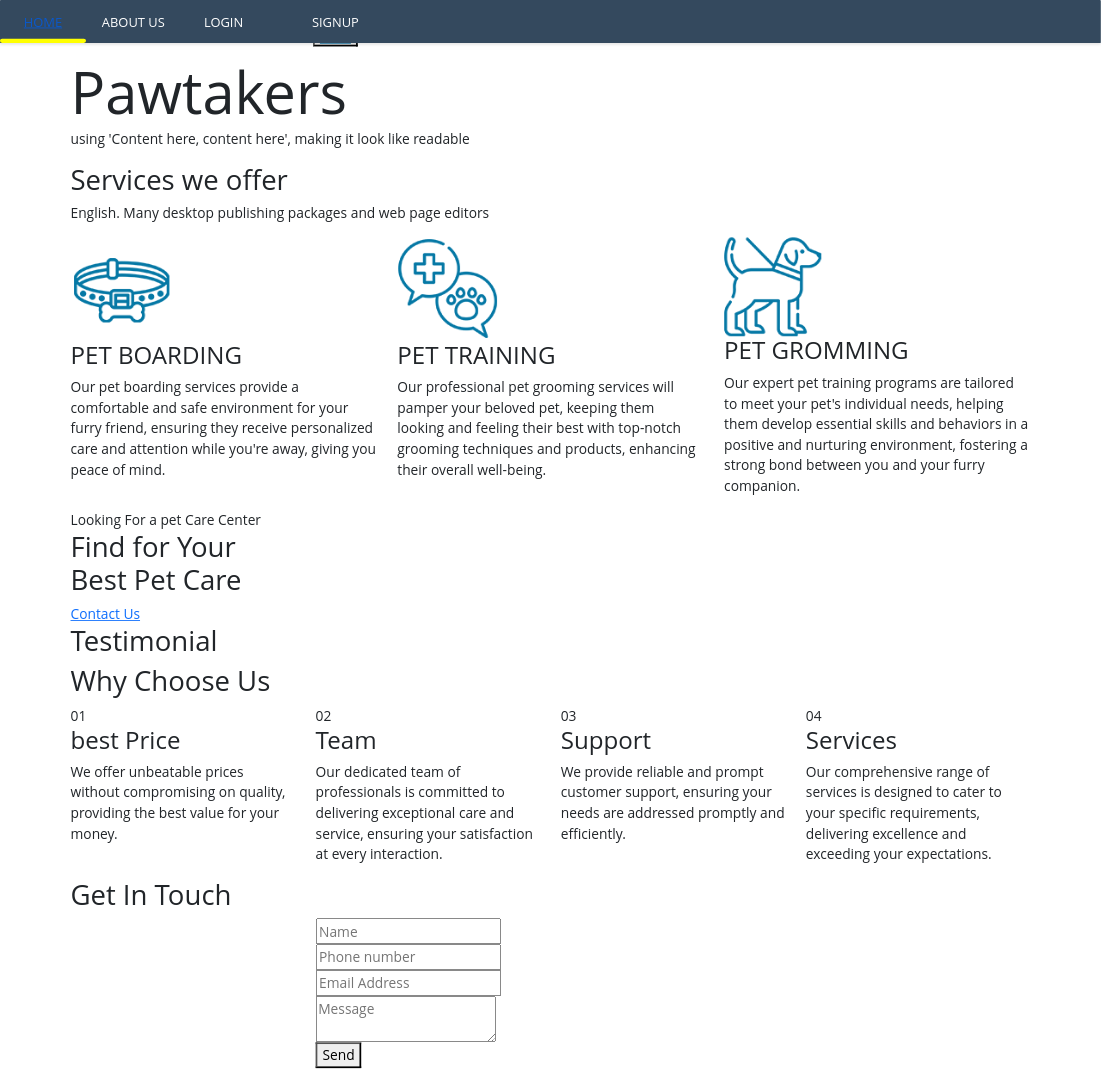
Repository: Chitti-g-k/Paw-Takers
Page: templates/index.html
An editor plug-in stored every save of this project. The page is shown before and after the next save, followed by the edit.
The browser window is 1280 px wide. The pictures show the whole page, at 86% of full size.
The template is drawn by Django 4.2. The application's start-up code is not run. Other server files are loaded and not shown. The template is opened directly, without the code that normally fills it, so the values that code supplies are empty.

Above is the page before, as saved 2023-07-16 13:28:27.

### templates/index.html

<html lang="en">
   <head>
      <!-- basic -->
      <meta charset="utf-8">
      <meta http-equiv="X-UA-Compatible" content="IE=edge">
      <!-- mobile metas -->
      <meta name="viewport" content="width=device-width, initial-scale=1">
      <meta name="viewport" content="initial-scale=1, maximum-scale=1">
      <!-- site metas -->
      <title>FurHerd</title>
      <meta name="keywords" content="">
      <meta name="description" content="">
      <meta name="author" content="">
      <!-- bootstrap css -->
      {%load static%}
      <link rel="stylesheet" href="{% static 'css/bootstrap.min.css' %}">
<!-- style css -->
<link rel="stylesheet" href="{% static 'css/style1.css' %}">
<!-- responsive-->
<link rel="stylesheet" href="{% static 'css/responsive.css' %}">
<!-- awesome fontfamily -->
<link rel="stylesheet" href="https://cdnjs.cloudflare.com/ajax/libs/font-awesome/4.7.0/css/font-awesome.min.css">
<link rel="stylesheet" href="https://cdnjs.cloudflare.com/ajax/libs/font-awesome/4.7.0/css/font-awesome.min.css">
<link href="https://cdn.jsdelivr.net/npm/bootstrap@5.0.2/dist/css/bootstrap.min.css" rel="stylesheet" integrity="sha384-EVSTQN3/azprG1Anm3QDgpJLIm9Nao0Yz1ztcQTwFspd3yD65VohhpuuCOmLASjC" crossorigin="anonymous">
<script src="https://cdn.jsdelivr.net/npm/bootstrap@5.0.2/dist/js/bootstrap.bundle.min.js" integrity="sha384-MrcW6ZMFYlzcLA8Nl+NtUVF0sA7MsXsP1UyJoMp4YLEuNSfAP+JcXn/tWtIaxVXM" crossorigin="anonymous"></script>
<script src="https://cdn.jsdelivr.net/npm/@popperjs/core@2.9.2/dist/umd/popper.min.js" integrity="sha384-IQsoLXl5PILFhosVNubq5LC7Qb9DXgDA9i+tQ8Zj3iwWAwPtgFTxbJ8NT4GN1R8p" crossorigin="anonymous"></script>
<script src="https://cdn.jsdelivr.net/npm/bootstrap@5.0.2/dist/js/bootstrap.min.js" integrity="sha384-cVKIPhGWiC2Al4u+LWgxfKTRIcfu0JTxR+EQDz/bgldoEyl4H0zUF0QKbrJ0EcQF" crossorigin="anonymous"></script>

      <!--[if lt IE 9]>
      <script src="https://oss.maxcdn.com/html5shiv/3.7.3/html5shiv.min.js"></script>
      <script src="https://oss.maxcdn.com/respond/1.4.2/respond.min.js"></script><![endif]-->
      <style>
        body {
            font-family: 'Open Sans', sans-serif;

            margin: 0; /* Add this to remove body default margin */
        }
        nav {
            position: fixed; /* Change position to fixed */
            top: 0; /* Position it at the top */
            left: 0; /* Align it to the left */
            width: 100%; /* Make it full width */
            height: 50px;
            background: #34495e;
            border-radius: 1px;
            font-size: 0;
            box-shadow: 0 2px 3px 0 rgba(0,0,0,0.1);
            z-index: 100; /* Add a higher z-index to keep it above other elements */
        }

        /* Rest of the CSS styles remain the same */
        nav a {
            font-size: 15px;
            text-transform: uppercase;
            color: white;
            text-decoration: none;
            line-height: 50px;
            position: relative;
            z-index: 1;
            display: inline-block;
            text-align: center;
        }
        nav .animation {
            position: absolute;
            height: 5px;
            bottom: 0;
            z-index: 0;
            background: yellow;
            transition: all .5s ease 0s;
            border-radius: 8px;
        }
        a:nth-child(1) {
            width: 100px;
        }
        nav .start-home,a:nth-child(1):hover~.animation {
            width: 100px;
            left: 0;
        }
        a:nth-child(2) {
            width: 110px;
        }
        nav .start-about,a:nth-child(2):hover~.animation {
            width: 110px;
            left: 100px;
        }
        a:nth-child(3) {
            width: 100px;
        }
        nav .start-login,a:nth-child(3):hover~.animation {
            width: 100px;
            left: 210px;
        }
        a:nth-child(4) {
            width: 160px;
        }
        nav .start-signup,a:nth-child(4):hover~.animation {
            width: 160px;
            left: 310px;
        }
    </style>
   </head>
   <!-- body -->
   <body class="main-layout">
    <!-- loader -->
    <div class="loader_bg">
        <div class="loader"><img src="{% static 'images/loading.gif' %}" alt="" /></div>
    </div>
    <!-- end loader -->

    <!-- header -->
    <header>
        <!-- header inner -->
        <nav>
            <a href="/display">Home</a>
            <a href="/">About Us</a>
            <a href="{% url 'account_login'%}">Login</a>
            <a href="{% url 'account_signup' %}">SignUp</a>
            <div class="animation start-home"></div>
        </nav>
        <div class="head-bottom">
            <div class="container-fluid">
                <div class="row">
                    <div class="col-sm-3">
                        <div class="logo">
                            <a href="">Fur<span>Herd</span></a>
                        </div>
                    </div>
                    <div class="col-sm-9">
                        <ul class="email text_align_right">
                            <li><a href="javascript:void(0)"><i class="fa fa-search" aria-hidden="true"></i></a></li>
                            <li> <button class="openbtn" onclick="openNav()"><img src="{% static 'images/menu_btn.png' %}"></button></li>
                        </ul>
                    </div>
                </div>
            </div>
        </div>
    </header>
    <!-- end header -->
    <!-- start slider section -->
    <div class="section">
        <div class="container">
            <div class="row">
                <div class="col-md-12">
                    <div class=" banner_main">
                        <div class="bluid">
                            <h1>Pawtakers </h1>
                            <p>using 'Content here, content here', making it look like readable</p>
                        </div>
                    </div>
                </div>
            </div>
        </div>
    </div>
    <!-- end slider section -->
    <!-- services -->
    <div class="services">
        <div class="container">
            <div class="row">
                <div class="col-md-12">
                    <div class="titlepage text_align_center">
                        <h2>Services we offer</h2>
                        <p>English. Many desktop publishing packages and web page editors</p>
                    </div>
                </div>
            </div>
            <div class="row">
                <div class="col-md-4">
                    <div class="service_text">
                        <i><img src="{% static 'images/service_icon1.png' %}" alt="#"/></i>
                        <h3>PET BOARDING</h3>
                        <p>Our pet boarding services provide a comfortable and safe environment for your furry friend, ensuring they receive personalized care and attention while you're away, giving you peace of mind.</p>

                    </div>
                </div>
                <div class="col-md-4">
                    <div class="service_text">
                        <i><img src="{% static 'images/service_icon2.png' %}" alt="#"/></i>
                        <h3>PET TRAINING</h3>
                        <p>Our professional pet grooming services will pamper your beloved pet, keeping them looking and feeling their best with top-notch grooming techniques and products, enhancing their overall well-being.</p>

                    </div>
                </div>
                <div class="col-md-4">
                    <div class="service_text">
                        <i><img src="{% static 'images/service_icon3.png' %}" alt="#"/></i>
                        <h3>PET GROMMING</h3>
                        <p>Our expert pet training programs are tailored to meet your pet's individual needs, helping them develop essential skills and behaviors in a positive and nurturing environment, fostering a strong bond between you and your furry companion.</p>

                    </div>
                </div>
            </div>
        </div>
    </div>
    <!-- end services -->
    <!-- pet -->
    <div class="pet">
        <div class="container">
            <div class="row d_flex">
                <div class="col-md-6">
                    <div class="titlepage text_align_left">
                        <span>Looking For a pet Care Center</span>
                        <h2>Find for Your <br>Best Pet Care </h2>
                        <a class="read_more" href="">Contact Us</a>
                    </div>
                </div>
            </div>
        </div>
    </div>
    <!-- end pet -->


          <!-- testimonial -->
          <div class="testimonial">
            <div class="container">
                <div class="row">
                    <div class="col-sm-12">
                        <div class="titlepage text_align_center">
                            <h2>Testimonial</h2>
                        </div>
                    </div>
                </div>
                <!-- start slider section -->
                <div class="row">
                    <div class="col-md-12">
                        <div id="testi" class="carousel slide testimonial_banner" data-ride="carousel">
                            <ol class="carousel-indicators">
                                <li data-target="#testi" data-slide-to="0" class="active"></li>
                                <li data-target="#testi" data-slide-to="1"></li>
                                <li data-target="#testi" data-slide-to="2"></li>
                                <li data-target="#testi" data-slide-to="3"></li>
                            </ol>
                            <div class="carousel-inner">
                                <div class="carousel-item active">
                                    <div class="container-fluid">
                                        <div class="carousel-caption testi">
                                            <div class="test_box text_align_center">
                                                <i class="left_di"><img src="{% static 'images/tese1.png' %}" alt="#"/></i>
                                                <p>OMG, let me tell you about my hilarious experience with Pawtakers and their mind-blowing pet care skills! So, I have this pet duck, Mr. Quackers, who surprisingly suffers from social anxiety. I mean, who knew ducks could have social issues, right? Desperate for help, I stumbled upon Pawtakers, and boy, did they exceed my wildest expectations! They organized a "Duck Spa Day" with soothing music and even introduced him to a "Feathered Friends Therapy Group" where he could quack it out with other anxious birds. They went the extra mile by learning Mandarin to communicate with him, and seeing their staff say, "Nǐ hǎo, Quackers!" had me in stitches. Thanks to Pawtakers, my socially anxious duck is now a confident quacker, strutting around the park without a care in the world. They truly are quacking amazing! </p>
                                                <i class="right_di"><img src="{% static 'images/tese2.png' %}" alt="#"/></i>
                                            </div>
                                            <div class="por_file">
                                                <i><img src="{% static 'images/test2.png' %}" alt="#"/></i>
                                                <h4>believable <br><span> use a passage</span></h4>
                                            </div>
                                        </div>
                                    </div>
                                </div>
                                <div class="carousel-item">
                                    <div class="container-fluid">
                                        <div class="carousel-caption testi">
                                            <div class="test_box text_align_center">
                                                <i class="left_di"><img src="{% static 'images/tese1.png' %}" alt="#"/></i>
                                                <p>
                                                    Let me share the uproarious tale of my visit to Pawtakers with my buffalo. As I waltzed into the salon, my buffalo in tow, the bewildered staff couldn't believe their eyes – a buffalo seeking grooming services? The atmosphere was filled with a mix of excitement and incredulity. The Pawtakers team, armed with miniature brushes, embarked on the daunting task of taming this colossal creature. Suds and water flew in every direction, transforming the salon into a hilarious water park. The buffalo's cooperation was a game of tag, with the team chasing after its slippery hide, resulting in a slapstick extravaganza of running, slipping, and wild dance moves. Despite the chaos, the Pawtakers crew persisted, managing to bring a modicum of cleanliness to my buffalo's coat, although mud remained a prominent feature. If you ever need buffalo grooming services, brace yourself for an unforgettable adventure at Pawtakers, where even buffalos get their moment in the spotlight, leaving everyone questioning their sanity in the process.</p>
                                                <i class="right_di"><img src="{% static 'images/tese2.png' %}" alt="#"/></i>
                                            </div>
                                            <div class="por_file">
                                                <i><img src="{% static 'images/test2.png' %}" alt="#"/></i>
                                                <h4>believable <br><span> use a passage</span></h4>
                                            </div>
                                        </div>
                                    </div>
                                </div>
                                <div class="carousel-item">
                                    <div class="container-fluid">
                                        <div class="carousel-caption testi">
                                            <div class="test_box text_align_center">
                                                <i class="left_di"><img src="{% static 'images/tese1.png' %}" alt="#"/></i>
                                                <p>Let me share this hilarious experience I had with Pawtakers and their unbelievable grooming skills! So, I have this extraordinary goat named LeBron James, who, believe it or not, produces pink milk. Yes, you heard it right! He's a celebrity goat in Shivajinagar, and when Suvrana News Channel invited me for a talk about LeBron's exceptional talents, I knew he needed to look his absolute best. Enter Pawtakers, the grooming gurus! They transformed LeBron into the most dapper goat you've ever seen, with a stylish coat, a shimmering pink bowtie, and even a mini basketball pendant around his neck. The moment he strutted onto that news set, the cameras couldn't get enough of him! Thanks to Pawtakers, LeBron stole the show with his pink milk prowess and impeccable style. They turned my goat into a true superstar, and I couldn't be prouder. If you ever need a goat makeover or any pet grooming, Pawtakers is the place to go! They're udderly amazing! </p>
                                                <i class="right_di"><img src="{% static 'images/tese2.png' %}" alt="#"/></i>
                                            </div>
                                            <div class="por_file">
                                                <i><img src="{% static 'images/test2.png' %}" alt="#"/></i>
                                                <h4>believable <br><span> use a passage</span></h4>
                                            </div>
                                        </div>
                                    </div>
                                </div>
                                <div class="carousel-item">
                                    <div class="container-fluid">
                                        <div class="carousel-caption testi">
                                            <div class="test_box text_align_center">
                                                <i class="left_di"><img src="{% static 'images/tese1.png' %}" alt="#"/></i>
                                                <p>Let me share my heartfelt experience with Pawtakers, who took exceptional care of my wife's precious gift. As a man of few words, I expected nothing short of perfection, and Pawtakers exceeded my expectations. From the moment I walked through their doors, their staff displayed a level of dedication and expertise that truly impressed me. They handled my wife's gift with utmost care, providing a nurturing environment and ensuring every need was met. Their attention to detail and personalized approach gave me peace of mind, knowing that my wife's gift was in the best hands. Pawtakers, thank you for your exceptional service and for treating my wife's gift with the love and care it deserves. You have earned my utmost respect and gratitude.</p>
                                                <i class="right_di"><img src="{% static 'images/tese2.png' %}" alt="#"/></i>
                                            </div>
                                            <div class="por_file">
                                                <i><img src="{% static 'images/test2.png' %}" alt="#"/></i>
                                                <h4>believable <br><span> use a passage</span></h4>
                                            </div>
                                        </div>
                                    </div>
                                </div>
                            </div>
                            <a class="carousel-control-prev" href="#testi" role="button" data-slide="prev">
                                <i class="fa fa-angle-left" aria-hidden="true"></i>
                                <span class="sr-only">Previous</span>
                            </a>
                            <a class="carousel-control-next" href="#testi" role="button" data-slide="next">
                                <i class="fa fa-angle-right" aria-hidden="true"></i>
                                <span class="sr-only">Next</span>
                            </a>
                        </div>
                    </div>
                </div>
            </div>
        </div>

        <!-- choose -->
        <div class="choose">
            <div class="container">
                <div class="row">
                    <div class="col-md-12">
                        <div class="titlepage text_align_center">
                            <h2>Why Choose Us</h2>
                        </div>
                    </div>
                </div>
                <div class="row">
                    <div class="col-lg-3 col-md-6">
                        <div id="ho_id" class="teab_box">
                            <span>01</span>
                            <h3>best Price</h3>
                            <p>We offer unbeatable prices without compromising on quality, providing the best value for your money.</p>

                        </div>
                    </div>
                    <div class="col-lg-3 col-md-6">
                        <div id="ho_id" class="teab_box">
                            <span>02</span>
                            <h3>Team</h3>
                            <p>Our dedicated team of professionals is committed to delivering exceptional care and service, ensuring your satisfaction at every interaction.</p>

                        </div>
                    </div>
                    <div class="col-lg-3 col-md-6">
                        <div id="ho_id" class="teab_box">
                            <span>03</span>
                            <h3>Support</h3>
                            <p>We provide reliable and prompt customer support, ensuring your needs are addressed promptly and efficiently.</p>

                        </div>
                    </div>
                    <div class="col-lg-3 col-md-6">
                        <div id="ho_id" class="teab_box">
                            <span>04</span>
                            <h3>Services</h3>
                            <p>Our comprehensive range of services is designed to cater to your specific requirements, delivering excellence and exceeding your expectations.</p>

                        </div>
                    </div>
                </div>
            </div>
        </div>


      <!-- end choose -->
      <!-- contact -->
      <div class="contact">
        <div class="container">
            <div class="row">
                <div class="col-md-12">
                    <div class="titlepage text_align_center">
                        <h2>Get In Touch</h2>
                    </div>
                </div>
                <div class="col-lg-6 offset-lg-3 col-md-8 offset-md-2">
                    <form id="request" class="main_form">
                        <div class="row">
                            <div class="col-md-12">
                                <input class="contactus" placeholder="Name" type="text" name="Name">
                            </div>
                            <div class="col-md-12">
                                <input class="contactus" placeholder="Phone number" type="text" name="Phone Number">
                            </div>
                            <div class="col-md-12">
                                <input class="contactus" placeholder="Email Address" type="text" name="Email">
                            </div>
                            <div class="col-md-12">
                                <textarea class="textarea" placeholder="Message" type="text" name="Message"></textarea>
                            </div>
                            <div class="col-md-12">
                                <button class="send_btn">Send</button>
                            </div>
                        </div>
                    </form>
                </div>

            </div>
        </div>
    </div>

      <!-- contact -->
      <!-- footer -->

      <!-- end footer -->
      <!-- Javascript files-->
      <script src="https://cdn.jsdelivr.net/npm/bootstrap@5.0.2/dist/js/bootstrap.bundle.min.js" integrity="sha384-MrcW6ZMFYlzcLA8Nl+NtUVF0sA7MsXsP1UyJoMp4YLEuNSfAP+JcXn/tWtIaxVXM" crossorigin="anonymous"></script>
<script src="https://cdn.jsdelivr.net/npm/@popperjs/core@2.9.2/dist/umd/popper.min.js" integrity="sha384-IQsoLXl5PILFhosVNubq5LC7Qb9DXgDA9i+tQ8Zj3iwWAwPtgFTxbJ8NT4GN1R8p" crossorigin="anonymous"></script>
<script src="https://cdn.jsdelivr.net/npm/bootstrap@5.0.2/dist/js/bootstrap.min.js" integrity="sha384-cVKIPhGWiC2Al4u+LWgxfKTRIcfu0JTxR+EQDz/bgldoEyl4H0zUF0QKbrJ0EcQF" crossorigin="anonymous"></script>
      <script src="https://code.jquery.com/jquery-3.6.0.min.js"></script>
      <script src="{% static 'js/jquery.min.js' %}"></script>
      <script src="{% static 'js/bootstrap.bundle.min.js' %}"></script>
      <script src="{% static 'js/jquery-3.0.0.min.js' %}"></script>
      <script src="{% static 'js/custom.js' %}"></script>
   </body>
</html>

Loaded but not shown: static/css/bootstrap.min.css (library); static/js/jquery.min.js (library); static/js/bootstrap.bundle.min.js (library); static/js/jquery-3.0.0.min.js (library); static/js/custom.js (108 lines, source omitted); static/css/responsive.css (82 lines, source omitted); static/css/style1.css (54 lines, source omitted)

After the next save:
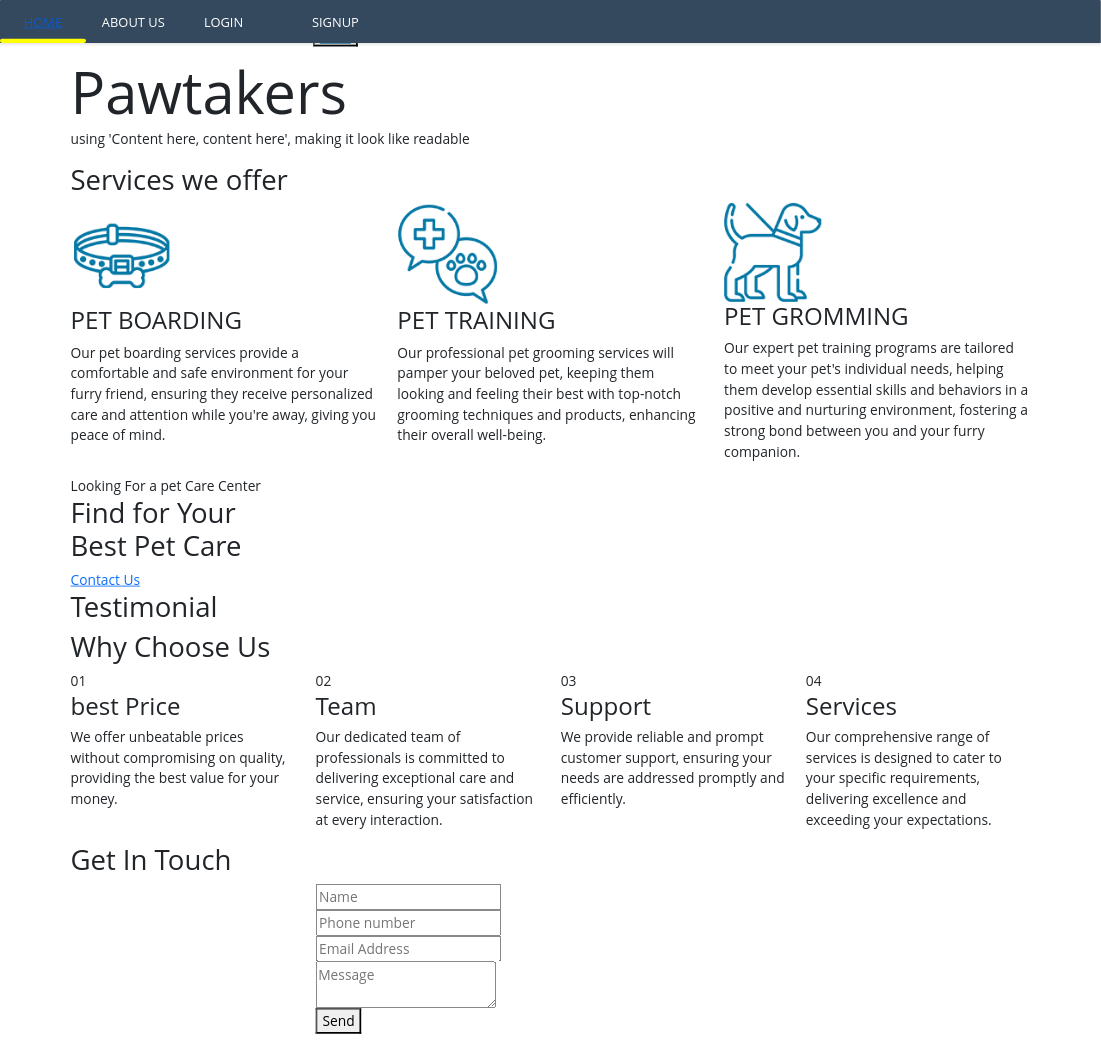
Saved 16 s later.
--- a/templates/index.html
+++ b/templates/index.html
@@ -160,7 +160,7 @@
                 <div class="col-md-12">
                     <div class="titlepage text_align_center">
                         <h2>Services we offer</h2>
-                        <p>English. Many desktop publishing packages and web page editors</p>
+
                     </div>
                 </div>
             </div>
